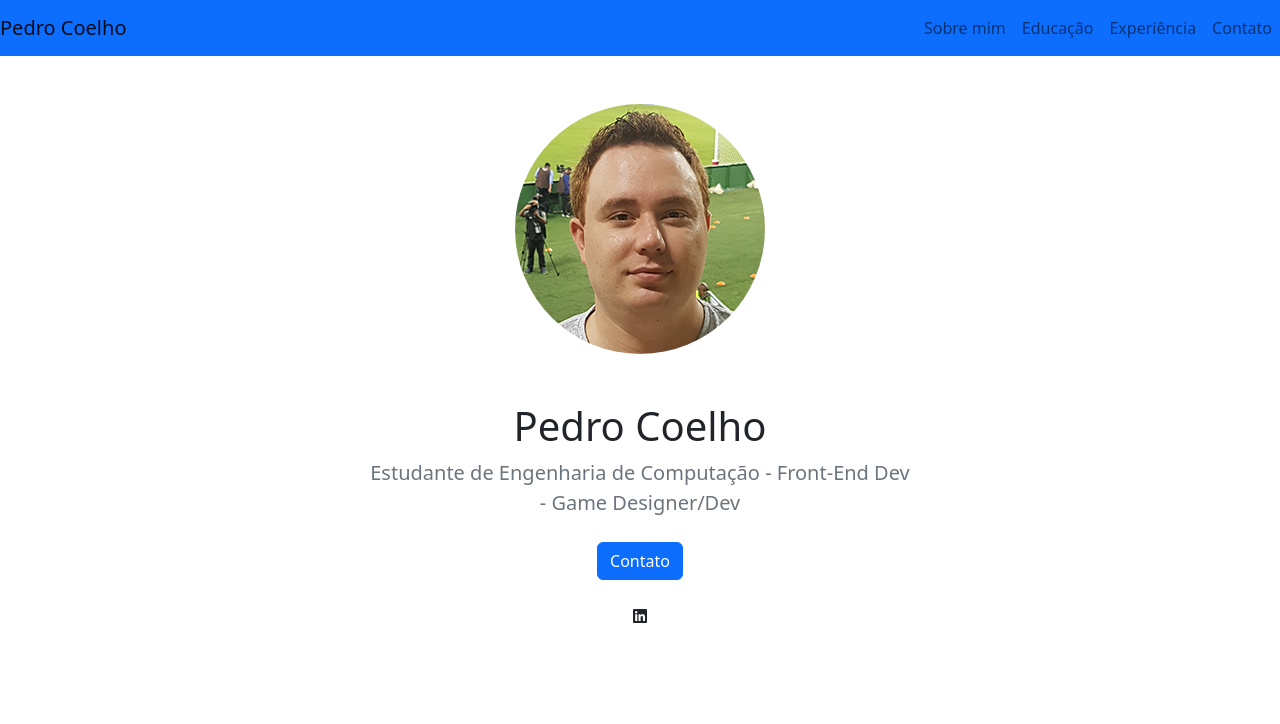
Repository: PedroHQCoelho/portfolio
Page: index.html
These files come from the project's save history. The page is drawn as it stood at one moment and after the next save; the edit follows.
The browser window is 1280 px wide. The pictures show the whole page.
Some web libraries are served in a nearby version.

Above is the page before, as saved 2022-05-24 21:51:36.

### index.html
<!DOCTYPE html>
<html lang="pt-BR">
<head>
    <meta charset="UTF-8">
    <meta http-equiv="X-UA-Compatible" content="IE=edge">
    <meta name="viewport" content="width=device-width, initial-scale=1.0">
    <title>Pedro Coelho - Portfólio</title>
    <link href="https://cdn.jsdelivr.net/npm/bootstrap@5.2.0-beta1/dist/css/bootstrap.min.css" rel="stylesheet" integrity="sha384-0evHe/X+R7YkIZDRvuzKMRqM+OrBnVFBL6DOitfPri4tjfHxaWutUpFmBp4vmVor" crossorigin="anonymous">
    <script src="https://cdn.jsdelivr.net/npm/bootstrap@5.2.0-beta1/dist/js/bootstrap.bundle.min.js" integrity="sha384-pprn3073KE6tl6bjs2QrFaJGz5/SUsLqktiwsUTF55Jfv3qYSDhgCecCxMW52nD2" crossorigin="anonymous"></script>
    <script src="https://cdn.jsdelivr.net/npm/@popperjs/core@2.11.5/dist/umd/popper.min.js" integrity="sha384-Xe+8cL9oJa6tN/veChSP7q+mnSPaj5Bcu9mPX5F5xIGE0DVittaqT5lorf0EI7Vk" crossorigin="anonymous"></script>
    <script src="https://cdn.jsdelivr.net/npm/bootstrap@5.2.0-beta1/dist/js/bootstrap.min.js" integrity="sha384-kjU+l4N0Yf4ZOJErLsIcvOU2qSb74wXpOhqTvwVx3OElZRweTnQ6d31fXEoRD1Jy" crossorigin="anonymous"></script>
    <script src="https://kit.fontawesome.com/65e0a77774.js" crossorigin="anonymous"></script>
    <link rel="stylesheet" href="style.css">
</head>
<body>
    <nav class="navbar navbar-expand-lg navbar-light bg-primary">
        <a class="navbar-brand" href="#">Pedro Coelho</a>
        <button class="navbar-toggler" type="button" data-toggle="collapse" data-target="#navbarSupportedContent" aria-controls="navbarSupportedContent" aria-expanded="false" aria-label="Toggle navigation">
          <span class="navbar-toggler-icon"></span>
        </button>

        <div class="collapse navbar-collapse" id="navbarSupportedContent">
          <ul class="navbar-nav me-auto">

          </ul>
          <ul class="navbar-nav">
            <li class="nav-item">
                <a class="nav-link" href="#">Sobre mim</a>
            </li>
            <li class="nav-item">
                <a class="nav-link" href="#">Educação</a>
            </li>
            <li class="nav-item">
                <a class="nav-link" href="#">Experiência</a>
            </li>
            <li class="nav-item">
                <a class="nav-link" href="#">Contato</a>
            </li>
          </ul>
        </div>
    </nav>

    <section class="py-5 text-center container">
        <img class="foto-perfil" src="img/foto-rosto.png" alt="foto perfil">
        <div class="row py-lg-5">
            <div class="col-lg-6 col-md-8 mx-auto">
            <h1 class="fw-light">Pedro Coelho</h1>
            <p class="lead text-muted">Estudante de Engenharia de Computação - Front-End Dev - Game Designer/Dev</p>
            <p>
              <a href="#" class="btn btn-primary my-2">Contato</a>
            </p>
            <i class="fab fa-linkedin"></i>
          </div>
        </div>
    </section>
</body>
</html>

### style.css
.foto-perfil {
    height: 100%;
    width: auto;
    max-width: 100%;
    border-radius: 50%;
}

After the next save:
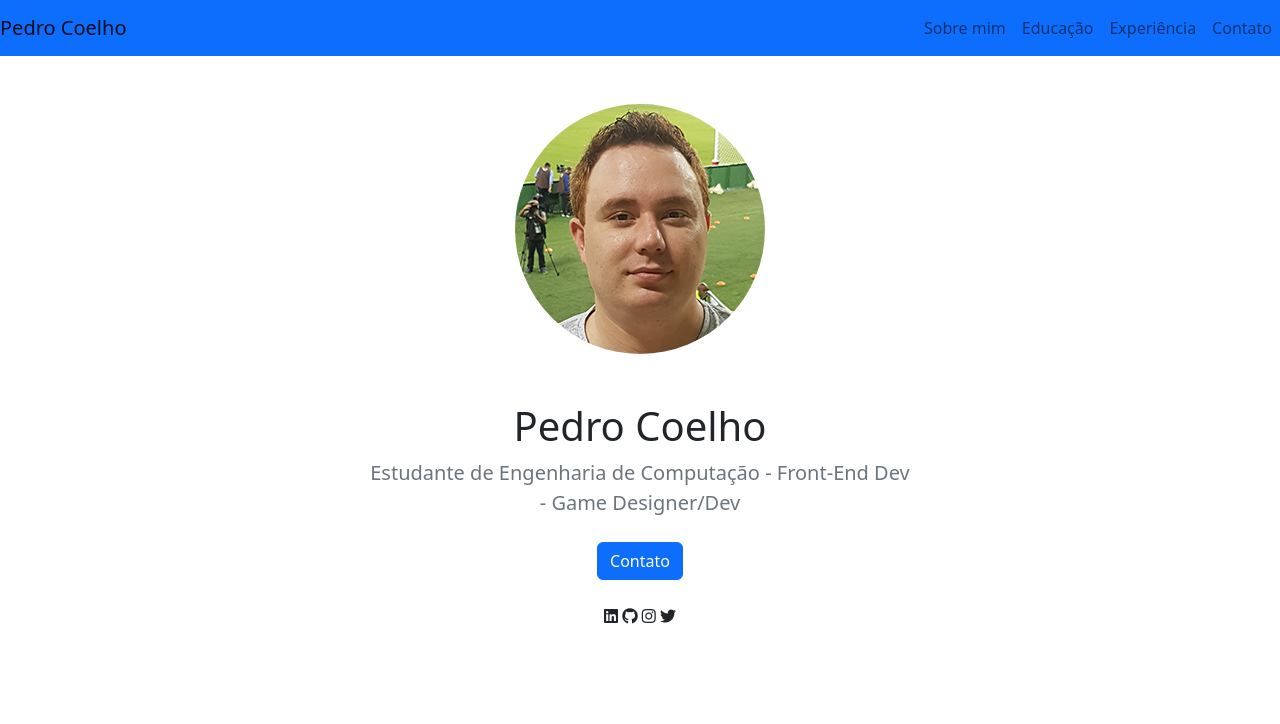
Saved 4 min 18 s later.
--- a/index.html
+++ b/index.html
@@ -50,6 +50,9 @@
               <a href="#" class="btn btn-primary my-2">Contato</a>
             </p>
             <i class="fab fa-linkedin"></i>
+            <i class="fab fa-github"></i>
+            <i class="fab fa-instagram"></i>
+            <i class="fab fa-twitter"></i>
           </div>
         </div>
     </section>
